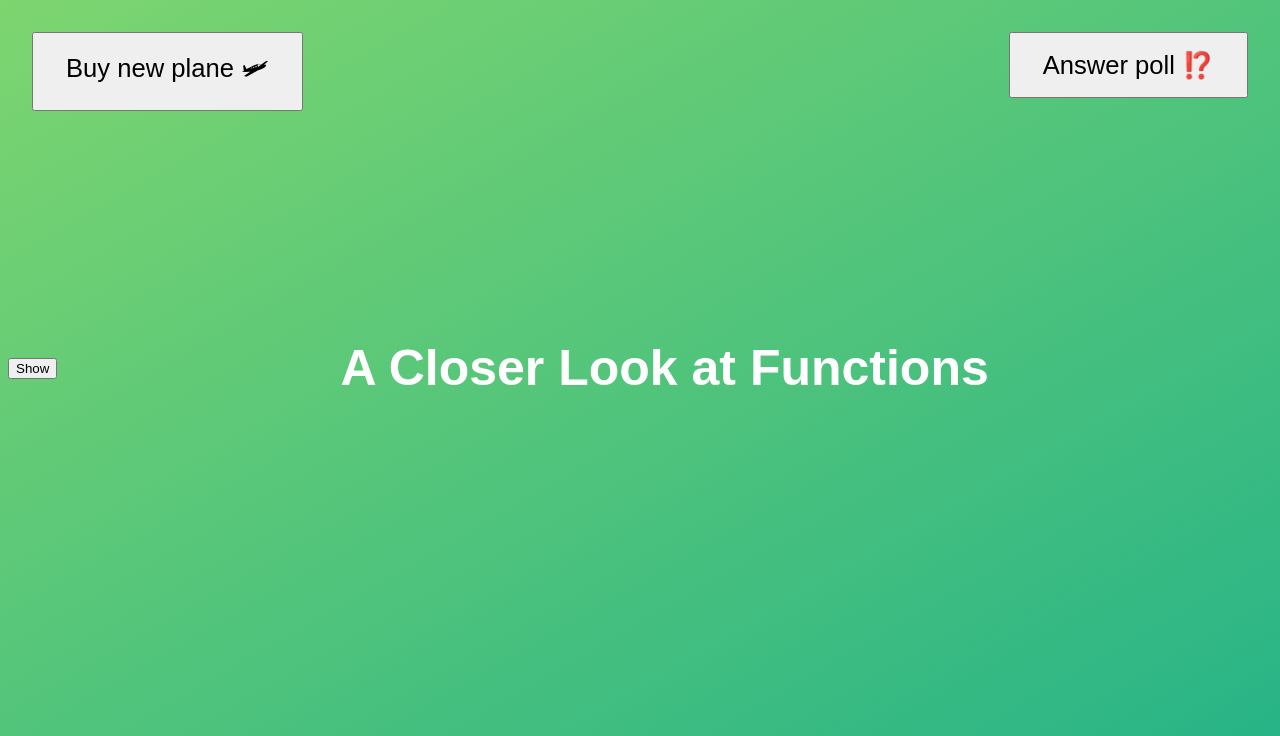
Repository: otvertka/jsc_10
Page: index.html
These files come from the project's save history. The page is drawn as it stood at one moment and after the next save; the edit follows.
The browser window is 1280 px wide. The pictures show the whole page.

Above is the page before, as saved 2023-01-29 14:58:15.

After the next save:
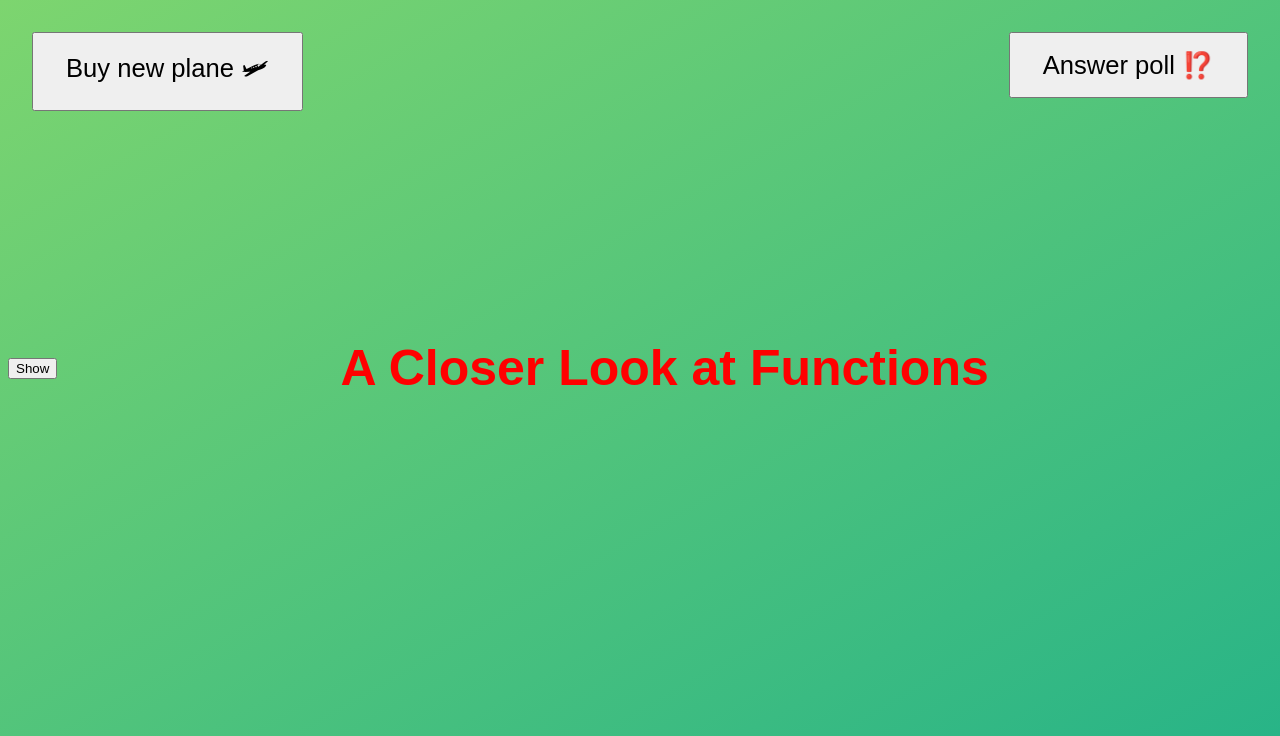
Saved 6 min 26 s later.
--- a/script.js
+++ b/script.js
@@ -374,6 +374,12 @@ const boardPassengers = function (n, wait) {
 const perGroup = 1000;
 
 boardPassengers(180, 3);
+
+(function () {
+  const header = document.querySelector('h1');
+  header.style.color = 'red';
+})();
+
 //LEARN JS
 // let name = 'John';
 // function sayHi() {
